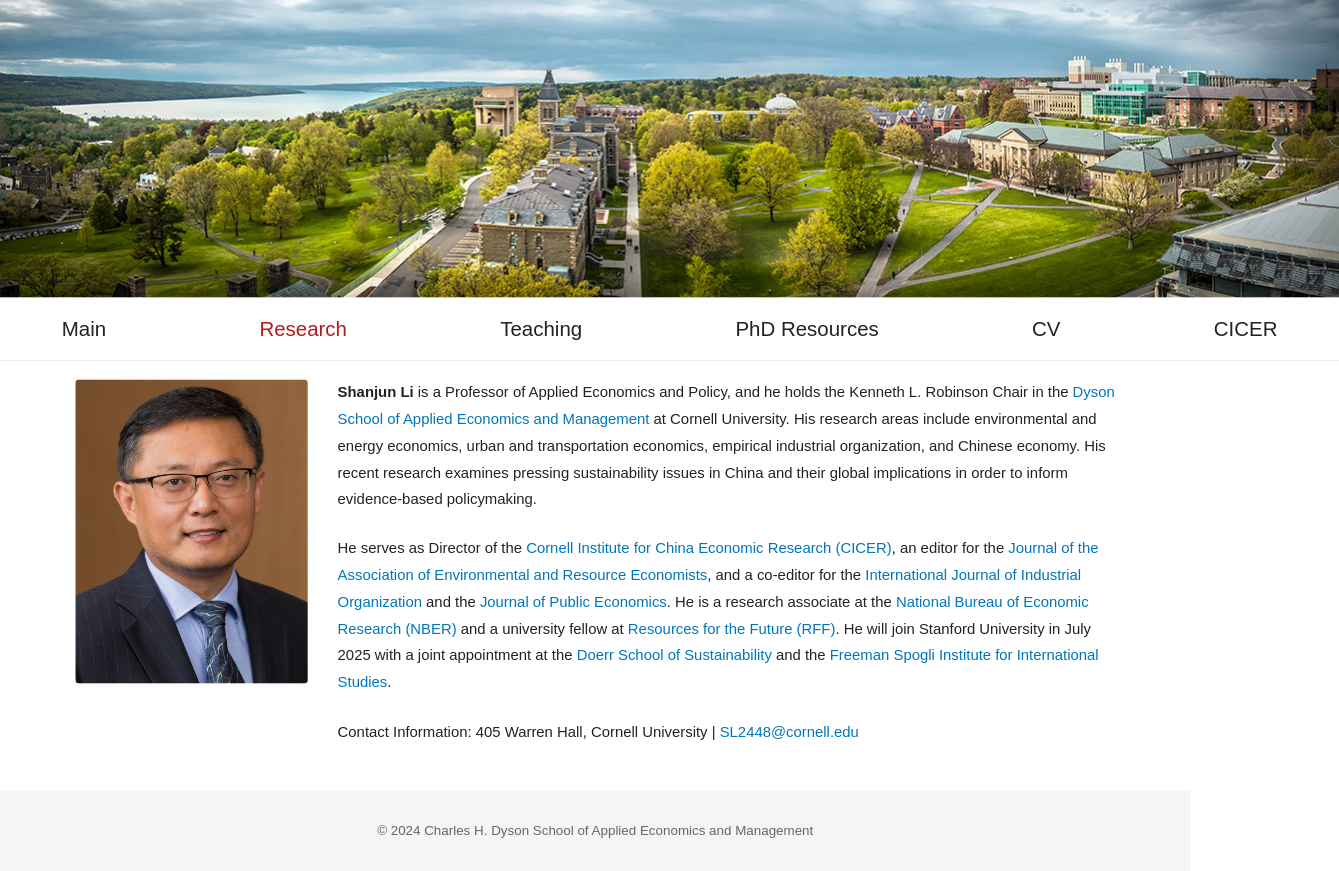
Repository: huang-heavenly-Emperor/k1_project
Page: research.html
An editor plug-in stored every save of this project. The page is shown before and after a run of saves, followed by the edit.
The browser window is 1280 px wide. The page is 1440 px wide, so the pictures cover 1440 px, including what lies to the right of the window. The pictures show the whole page, at 93% of full size.

Above is the page before, as saved 2024-11-17 15:04:10.

### research.html
<!DOCTYPE html>
<html lang="en">
<head>
    <meta charset="UTF-8">
    <meta name="viewport" content="width=device-width, initial-scale=1.0">
    <title>Research - Cornell University</title>
    <link rel="stylesheet" href="reset.css">
    <link rel="stylesheet" href="common.css">
    <link rel="stylesheet" href="research.css">
</head>
<body>
    <header class="site-header">
        <div class="banner">
            <img src="images/Cornell University Ithaca Campus.jpg" alt="Cornell University Campus Panorama" class="banner-img">
        </div>
        <nav class="main-nav">
            <div class="nav-container">
                <ul class="nav-list">
                    <li><a href="./index.html">Main</a></li>
                    <li><a href="./research.html" class="active">Research</a></li>
                    <li><a href="./teaching.html">Teaching</a></li>
                    <li><a href="#">PhD Resources</a></li>
                    <li><a href="./CV_ShanjunLi_Fall2024.pdf" target="_blank">CV</a></li>
                    <li><a href="#">CICER</a></li>
                </ul>
            </div>
        </nav>
    </header>

    <main class="main-container">
        <article class="researcher-profile">
            <div class="profile-image">
                <img src="images/facpic_li.jpg" alt="Professor Profile Image">
            </div>
            <div class="profile-content">
                <section class="research-intro">
                    <p><strong>Shanjun Li</strong> is a Professor of Applied Economics and Policy, and he holds the Kenneth L. Robinson Chair in the <a href="#">Dyson School of Applied Economics and Management</a> at Cornell University. His research areas include environmental and energy economics, urban and transportation economics, empirical industrial organization, and Chinese economy. His recent research examines pressing sustainability issues in China and their global implications in order to inform evidence-based policymaking.</p>
                </section>

                <section class="current-positions">
                    <p>He serves as Director of the <a href="#">Cornell Institute for China Economic Research (CICER)</a>, an editor for the <a href="#">Journal of the Association of Environmental and Resource Economists</a>, and a co-editor for the <a href="#">International Journal of Industrial Organization</a> and the <a href="#">Journal of Public Economics</a>. He is a research associate at the <a href="#">National Bureau of Economic Research (NBER)</a> and a university fellow at <a href="#">Resources for the Future (RFF)</a>. He will join Stanford University in July 2025 with a joint appointment at the <a href="#">Doerr School of Sustainability</a> and the <a href="#">Freeman Spogli Institute for International Studies</a>.</p>
                </section>

                <section class="contact-info">
                    <p>Contact Information: 405 Warren Hall, Cornell University | <a href="mailto:SL2448@cornell.edu">SL2448@cornell.edu</a></p>
                </section>
            </div>
        </article>
    </main>

    <footer class="footer">
        <div class="footer-container">
            <p>© 2024 Charles H. Dyson School of Applied Economics and Management</p>
        </div>
    </footer>
    <script>
        function openCV() {
            window.open('./CV_ShanjunLi_Fall2024.pdf', '_blank');
            // 这里可以添加全屏阅读器的逻辑
        }
    </script>
</body>
</html>

### reset.css
*, *::before, *::after {
    margin: 0;
    padding: 0;
    box-sizing: border-box;
}

html, body {
    height: 100%;
    font-size: 16px;
    line-height: 1.5;
    -webkit-font-smoothing: antialiased;
    -moz-osx-font-smoothing: grayscale;
}

body {
    font-family: Arial, sans-serif;
    color: #333;
}

ul, ol {
    list-style: none;
}

a {
    text-decoration: none;
    color: inherit;
}

img {
    max-width: 100%;
    height: auto;
    display: block;
}

button, input, select, textarea {
    font: inherit;
    color: inherit;
}

h1, h2, h3, h4, h5, h6 {
    font-size: inherit;
    font-weight: inherit;
}

### common.css
.site-header {
  position: relative;
  width: 1440px;
  height: max-content;
  margin: 0 auto 20px;
  overflow: hidden;
}

.banner {
  height: 320px;
  overflow: hidden;
  position: relative;
}

.banner img {
  width: 100%;
  height: 100%;
  object-fit: cover;
}

nav {
  background-color: var(--background-color);
  border-bottom: 1px solid var(--border-color);
}

nav ul {
  display: flex;
  justify-content: space-around;
  align-items: center;
  gap: 2rem;
  padding: 1rem 0;
  list-style: none;
}

nav a {
  text-decoration: none;
  color: var(--text-color);
  font-weight: 500;
  font-size: 22px;
  padding: 0.5rem 0;
  transition: color 0.3s;
}

nav a:hover,
nav a.active {
  color: var(--primary-color);
}

@media (max-width: 768px) {
    .site-header {
        width: 100%;
    }

    nav ul {
        flex-direction: column;
        align-items: center;
    }

    nav a {
        font-size: 18px;
    }
}

### research.css
:root {
  --primary-color: #B31B1B;
  --text-color: #222;
  --link-color: #0076BB;
  --background-color: #fff;
  --border-color: #e5e5e5;
}

body {
  font-family: Arial, sans-serif;
  line-height: 1.6;
  color: var(--text-color);
  background-color: var(--background-color);
}

.main-container {
  max-width: 1150px;
  margin: 0 auto;
  padding: 0 1rem;
  box-sizing: border-box;

}


.researcher-profile {
  display: grid;
  grid-template-columns: 250px 1fr;
  gap: 2rem;

}

.profile-image img {
  width: 100%;
  border-radius: 4px;
}

.profile-content {
  display: flex;
  flex-direction: column;
  gap: 1.5rem;
}

.research-intro,
.current-positions,
.contact-info {
  line-height: 1.8;
}

a {
  color: var(--link-color);
  text-decoration: none;
  transition: color 0.3s;
}

a:hover {
  color: var(--primary-color);
}

.footer {
  background-color: #f5f5f5;
  padding: 2rem 0;
  margin-top: 3rem;
  text-align: center;
  font-size: 0.9rem;
  color: #666;
}

@media (max-width: 768px) {
  .researcher-profile {
    grid-template-columns: 1fr;
  }

  .profile-image {
    max-width: 100%;
    margin: 0 auto;
  }

  .nav-list {
    flex-direction: column;
    align-items: center;
  }

  nav a {
    font-size: 18px;
  }
}

@media (max-width: 480px) {
  .banner {
    height: 200px;
  }
}

After the next 3 saves:
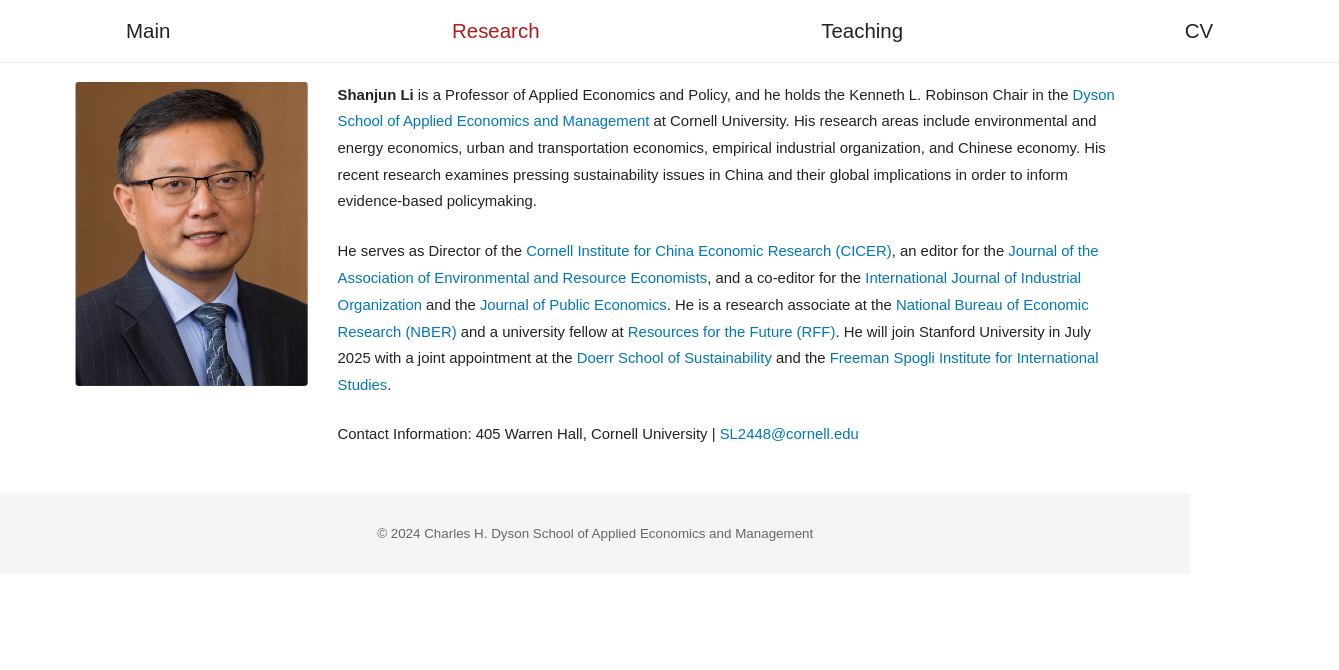
The 3 saves are shown as one change because they came seconds apart.
The last was saved 11 s later.
--- a/research.html
+++ b/research.html
@@ -10,18 +10,14 @@
 </head>
 <body>
     <header class="site-header">
-        <div class="banner">
-            <img src="images/Cornell University Ithaca Campus.jpg" alt="Cornell University Campus Panorama" class="banner-img">
-        </div>
+
         <nav class="main-nav">
             <div class="nav-container">
                 <ul class="nav-list">
                     <li><a href="./index.html">Main</a></li>
                     <li><a href="./research.html" class="active">Research</a></li>
                     <li><a href="./teaching.html">Teaching</a></li>
-                    <li><a href="#">PhD Resources</a></li>
                     <li><a href="./CV_ShanjunLi_Fall2024.pdf" target="_blank">CV</a></li>
-                    <li><a href="#">CICER</a></li>
                 </ul>
             </div>
         </nav>
